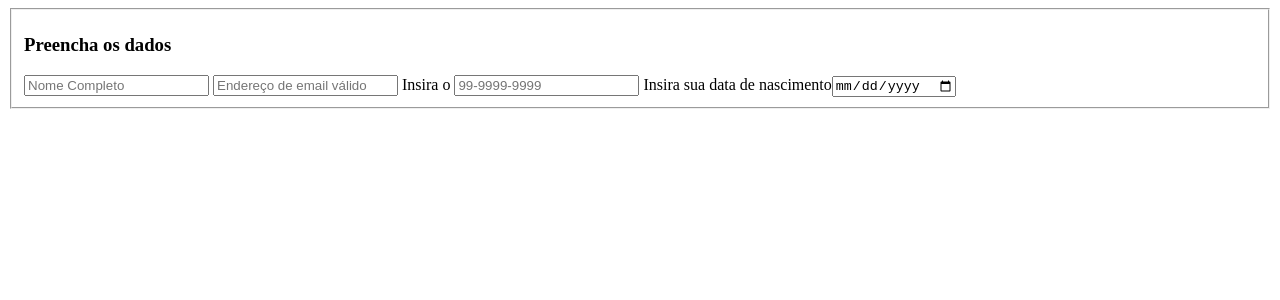
Repository: Leonngc/DEV-COLLEGE
Page: registration.html
The author's editor kept a copy of each file at every save. The page is drawn from the files as they stood at one save, then again after the next save.
The browser window is 1280 px wide. The pictures show the whole page.

Above is the page before, as saved 2023-03-12 13:25:11.

### registration.html
<!DOCTYPE html>
<html lang="pt-br">
<head>
    <meta charset="UTF-8">
    <meta http-equiv="X-UA-Compatible" content="IE=edge">
    <meta name="viewport" content="width=device-width, initial-scale=1.0">
    <title>Matricule-se</title>
</head>
<body>
    <header>

    </header>
    <main>
        <fieldset>
            <h3>Preencha os dados</h3>
            <form action="">
                <input type="text" id="username" required minlength="1" maxlength="99" placeholder="Nome Completo">

                <input type="email" name="emailUser" id="userEmail" required placeholder="Endereço de email válido">

              <label for="phone">Insira o </label>  <input type="tel" name="phone" id="phone" pattern="[0-9]{2}-[0-9]{4}-[0-9]{4}" required maxlength="13" placeholder="99-9999-9999">

                <label for="birthday">Insira sua data de nascimento</label><input type="date" name="" id="birthday">
            </form>
        </fieldset>
    </main>
</body>
</html>

After the next save:
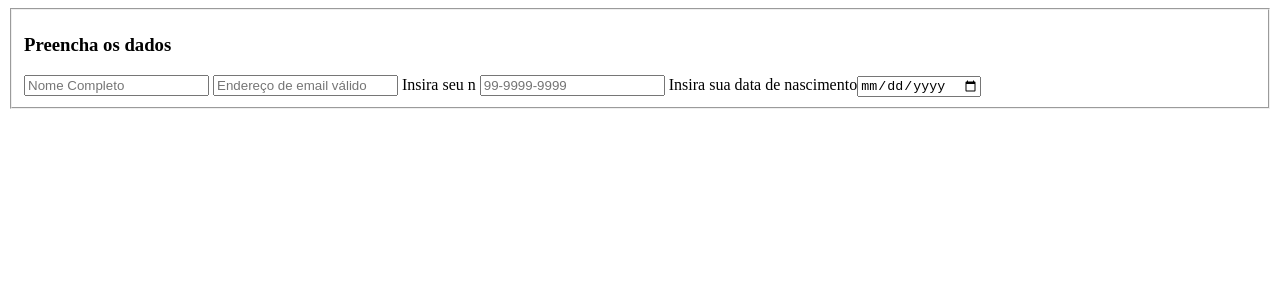
Saved 10 s later.
--- a/registration.html
+++ b/registration.html
@@ -18,7 +18,7 @@
 
                 <input type="email" name="emailUser" id="userEmail" required placeholder="Endereço de email válido">
 
-              <label for="phone">Insira o </label>  <input type="tel" name="phone" id="phone" pattern="[0-9]{2}-[0-9]{4}-[0-9]{4}" required maxlength="13" placeholder="99-9999-9999">
+              <label for="phone">Insira seu n</label>  <input type="tel" name="phone" id="phone" pattern="[0-9]{2}-[0-9]{4}-[0-9]{4}" required maxlength="13" placeholder="99-9999-9999">
 
                 <label for="birthday">Insira sua data de nascimento</label><input type="date" name="" id="birthday">
             </form>
